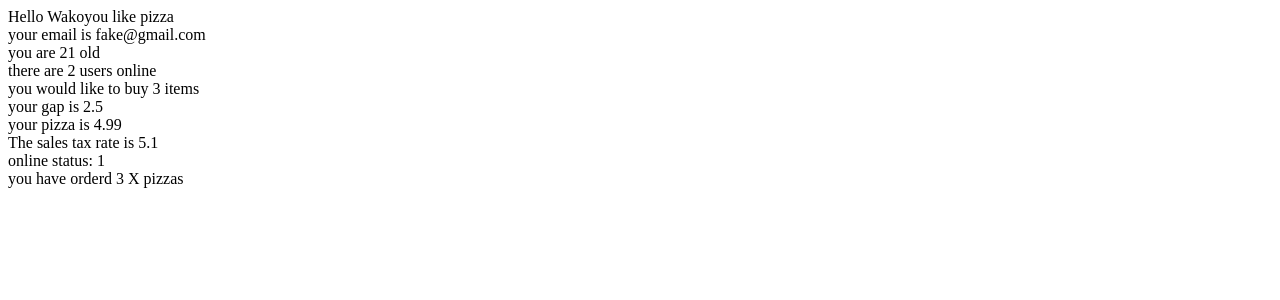
Repository: wakoya-tech/my-php-exercise
Page: http://localhost/
An editor plug-in stored every save of this project. The page is shown before and after the next save, followed by the edit.
The browser window is 1280 px wide. The pictures show the whole page.
The page is run by PHP 8.4 with error messages shown; the project is at /var/www/html/.

Above is the page before, as saved 2025-12-09 10:34:00.

### Documents/MyPhp/index.php
<?php
$name = "Wako";
$food = "pizza";
$email = "fake@gmail.com";
$age = 21;
$users = 2;
$quantity = 3;
$gpa = 2.5;
$price = 4.99;
$tax_rate = 5.1;
$employed = true;
$online = true;
$for_sale = true;
echo "Hello {$name}";
echo "you like {$food} <br>";
echo "your email is {$email}<br>";
echo "you are {$age} old <br>";
echo "there are {$users} users online<br>";
echo "you would like to buy {$quantity} items <br>";
echo "your gap is {$gpa} <br>";
echo "your pizza is {$price} <br>";
echo "The sales tax rate is {$tax_rate}<br>";
echo "online status: {$online}<br>";
$total = null;
echo "you have orderd {$quantity} X {$food}s<br>";

After the next save:
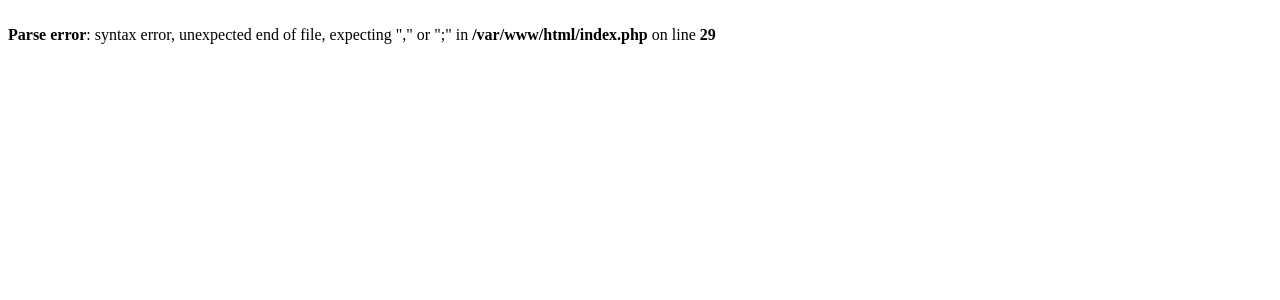
Saved 2 min 17 s later.
--- a/Documents/MyPhp/index.php
+++ b/Documents/MyPhp/index.php
@@ -23,3 +23,6 @@ echo "The sales tax rate is {$tax_rate}<br>";
 echo "online status: {$online}<br>";
 $total = null;
 echo "you have orderd {$quantity} X {$food}s<br>";
+
+$total= $quantity * $price;
+echo "your total is {$total}"

After the save that followed:
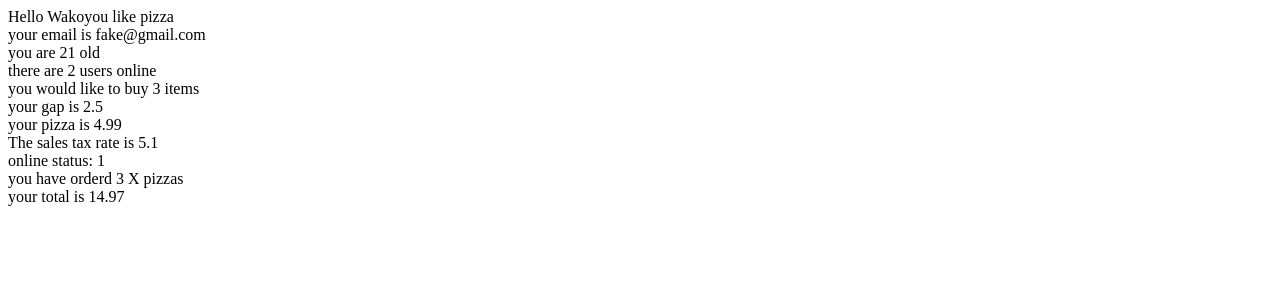
Saved 6 s later.
--- a/Documents/MyPhp/index.php
+++ b/Documents/MyPhp/index.php
@@ -24,5 +24,5 @@ echo "online status: {$online}<br>";
 $total = null;
 echo "you have orderd {$quantity} X {$food}s<br>";
 
-$total= $quantity * $price;
-echo "your total is {$total}"
+$total = $quantity * $price;
+echo "your total is {$total}";
